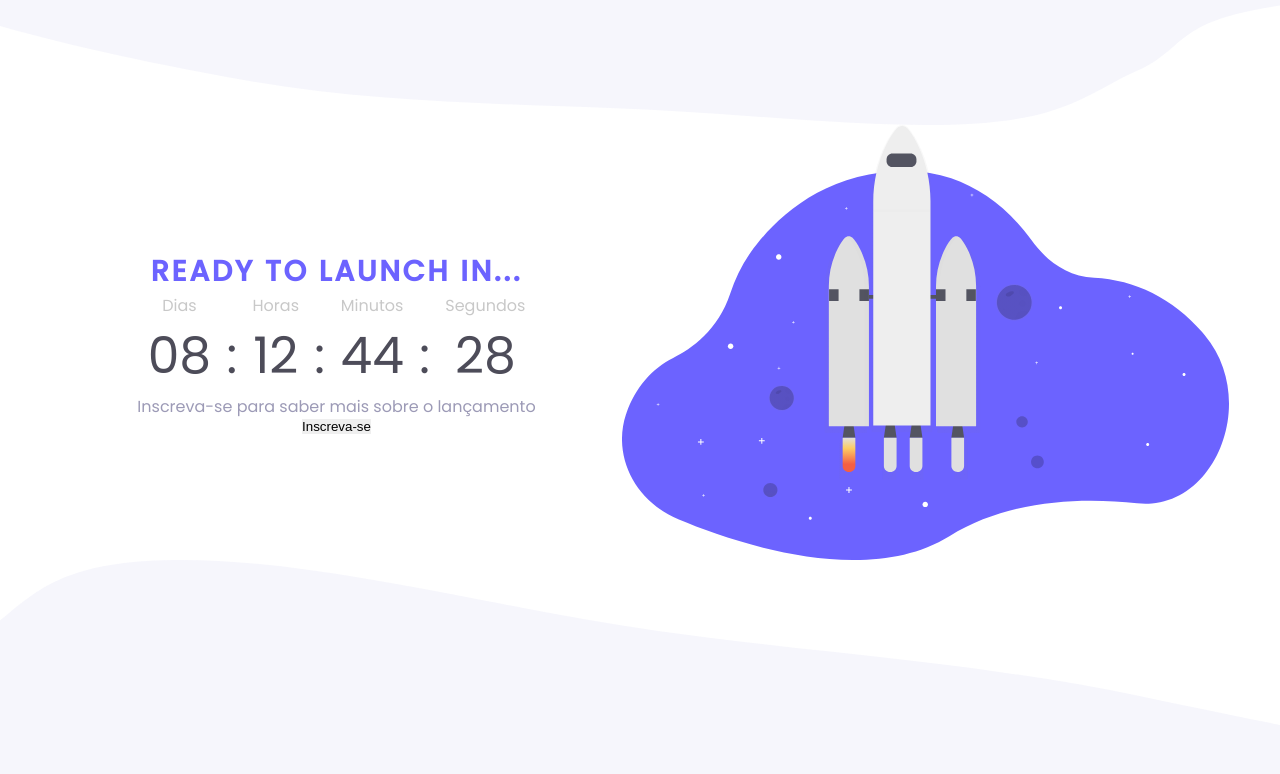
Repository: BrunoBross/countdown
Page: index.html
These files come from the project's save history. The page is drawn as it stood at one moment and after the next save; the edit follows.
The browser window is 1280 px wide. The pictures show the whole page.

Above is the page before, as saved 2021-11-30 01:03:01.

### index.html
<!DOCTYPE html>
<html lang="en">
<head>
  <meta charset="UTF-8">
  <meta http-equiv="X-UA-Compatible" content="IE=edge">
  <meta name="viewport" content="width=device-width, initial-scale=1.0">
  <title>Document</title>
  <link rel="stylesheet" href="./style.css">
  <link rel="preconnect" href="https://fonts.googleapis.com">
  <link rel="preconnect" href="https://fonts.gstatic.com" crossorigin>
  <link href="https://fonts.googleapis.com/css2?family=Poppins:wght@300;400;500&display=swap" rel="stylesheet">
</head>
<body>
  <div class="background">
    <img class="image" id="top" src="./assets/top-image.svg" alt="">
    <div class="center">
      <div class="content">
        <h1>READY TO LAUNCH IN...</h1>
        <div class="clock">
          <div class="time" id="day">
            <p>Dias</p>
            <h1>08</h1>
          </div>
          <div class="time"><h1>:</h1></div>
          <div class="time" id="hour">
            <p>Horas</p>
            <h1>12</h1>
          </div>
          <div class="time"><h1>:</h1></div>
          <div class="time" id="minute">
            <p>Minutos</p>
            <h1>44</h1>
          </div>
          <div class="time"><h1>:</h1></div>
          <div class="time" id="second">
            <p>Segundos</p>
            <h1>28</h1>
          </div>
        </div>
        <p>Inscreva-se para saber mais sobre o lançamento</p>
        <button class="subscribe">Inscreva-se</button>
      </div>
      <img id="rocket" src="./assets/rocket.svg" alt="">
    </div>
    <img class="image" id="bottom" src="./assets/bottom-image.svg" alt="">
  </div>
</body>

<script src="./script.js"></script>
</html>

### style.css
*{
  padding: 0;
  margin: 0;
}

body{
  background-color: #FFF;
}

.background{
  height: 100vh;
  display: flex;
  flex-direction: column;
  justify-content: space-between;
}

.center{
  padding: 0 4vw;
  display: flex;
  justify-content: space-between;
}

.image{
  width: 100vw;
}

.clock{
  display: flex;
  gap: 1.2vw;
  align-items: flex-end;
}

.time{
  display: flex;
  flex-direction: column;
  justify-content: center;
  align-items: center;
}

.time > p{
  font-family: 'Poppins', 'sans-serif';
  color: #C8C8C8;
}

.time > h1{
  font-family: 'Poppins', 'sans-serif';
  color: #4D4C59;
  font-size: 7vh;
  font-weight: 400;
}

.content{
  width: 50vw;
  display: flex;
  flex-direction: column;
  justify-content: center;
  align-items: center;
}

.content > h1{
  color: #6C63FF;
  font-family: 'Poppins', 'sans-serif';
  font-weight: 700;
  font-size: 4vh;
  letter-spacing: 0.2vw;
}

.content > p{
  font-family: 'Poppins', 'sans-serif';
  font-weight: 400;
  color: #9C9AB6;
}

.subscribe{
  border: none;
}

Loaded but not shown: script.js (no copy from this time; the picture is the same without it)

After the next save:
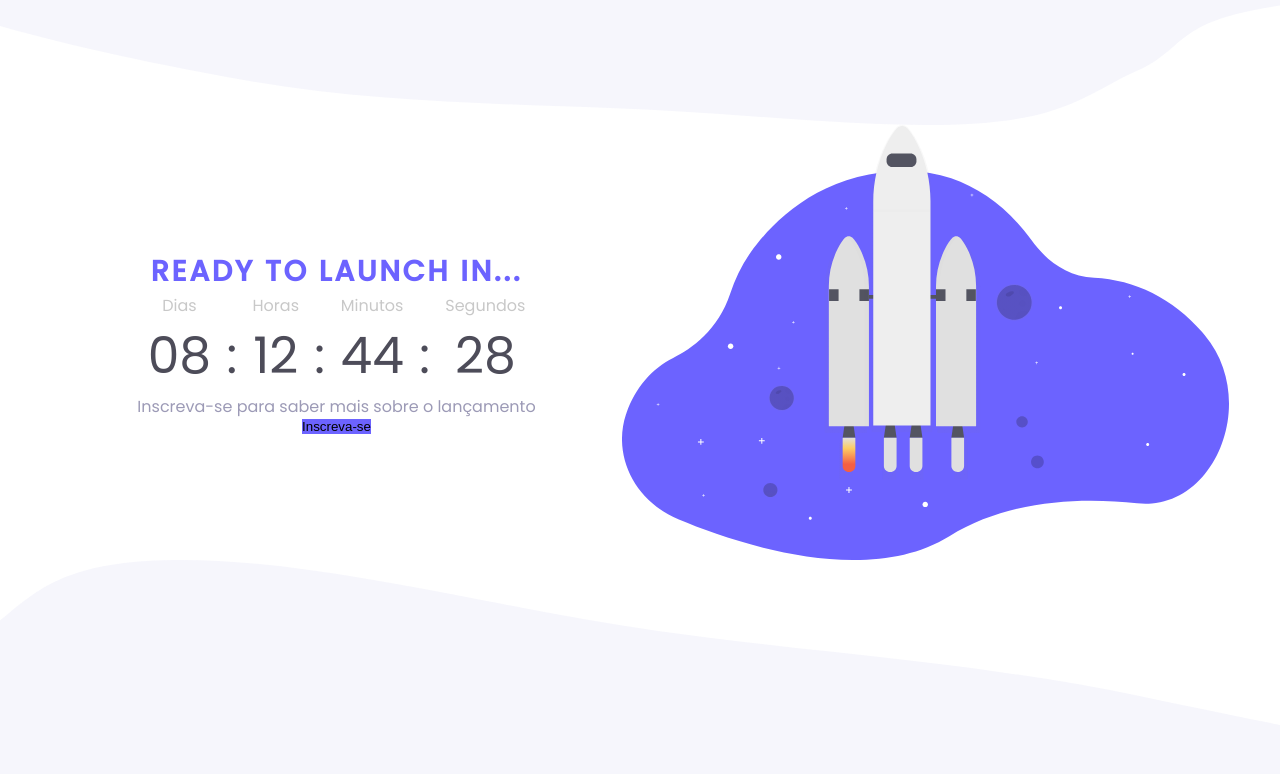
Saved 6 s later.
--- a/style.css
+++ b/style.css
@@ -73,4 +73,5 @@ body{
 
 .subscribe{
   border: none;
+  background-color: #6C63FF;
 }
